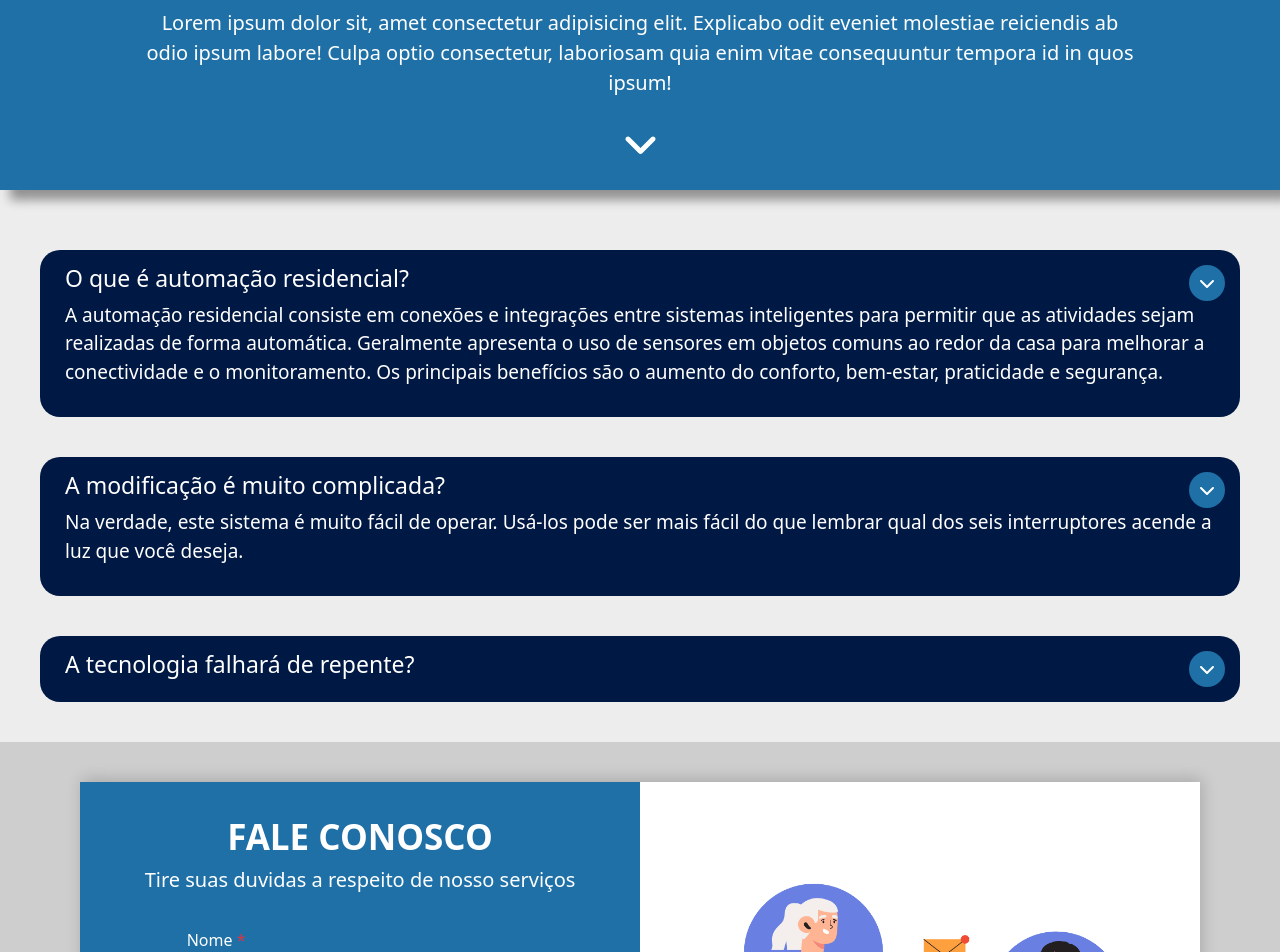
Repository: BulleST/SouHi_Institucional
Page: index.html
The author's editor kept a copy of each file at every save. The page is drawn from the files as they stood at one save, then again after the next save.
The browser window is 1280 px wide. The pictures show the part of the page from y = 1587 to 2539 px (the page is 3425 px tall before and 3528 px after).
A picture or video elsewhere on the page could not be fetched, so the positions and the page height are approximate.

Above is the page before, as saved 2022-11-04 16:05:10.

### index.html
<!DOCTYPE html>
<html lang="pt-br">

<head>
  <meta charset="UTF-8">
  <meta http-equiv="X-UA-Compatible" content="IE=edge">
  <meta name="viewport" content="width=device-width, initial-scale=1.0">
  <title>SouHi - Soluções Automatizadas</title>

  <script src="https://code.jquery.com/jquery-3.6.1.js" integrity="sha256-3zlB5s2uwoUzrXK3BT7AX3FyvojsraNFxCc2vC/7pNI="
    crossorigin="anonymous"></script>



  <!-- Bootstrap -->
  <link href="https://cdn.jsdelivr.net/npm/bootstrap@5.2.2/dist/css/bootstrap.min.css" rel="stylesheet"
    integrity="sha384-Zenh87qX5JnK2Jl0vWa8Ck2rdkQ2Bzep5IDxbcnCeuOxjzrPF/et3URy9Bv1WTRi" crossorigin="anonymous">
  <script src="https://cdn.jsdelivr.net/npm/bootstrap@5.2.2/dist/js/bootstrap.bundle.min.js"
    integrity="sha384-OERcA2EqjJCMA+/3y+gxIOqMEjwtxJY7qPCqsdltbNJuaOe923+mo//f6V8Qbsw3"
    crossorigin="anonymous"></script>
  <!-- Fontawesome -->
  <link rel="stylesheet" href="https://cdnjs.cloudflare.com/ajax/libs/font-awesome/6.2.0/css/all.min.css"
    integrity="sha512-xh6O/CkQoPOWDdYTDqeRdPCVd1SpvCA9XXcUnZS2FmJNp1coAFzvtCN9BmamE+4aHK8yyUHUSCcJHgXloTyT2A=="
    crossorigin="anonymous" referrerpolicy="no-referrer" />
  <script src="https://cdnjs.cloudflare.com/ajax/libs/font-awesome/6.2.0/js/all.min.js"
    integrity="sha512-naukR7I+Nk6gp7p5TMA4ycgfxaZBJ7MO5iC3Fp6ySQyKFHOGfpkSZkYVWV5R7u7cfAicxanwYQ5D1e17EfJcMA=="
    crossorigin="anonymous" referrerpolicy="no-referrer"></script>

  <!-- Slick Carousel -->
  <link rel="stylesheet" type="text/css" href="https://cdn.jsdelivr.net/npm/slick-carousel@1.8.1/slick/slick.css" />
  <script type="text/javascript" src="https://cdn.jsdelivr.net/npm/slick-carousel@1.8.1/slick/slick.min.js"></script>

  <!-- AOS -->
  <link rel="stylesheet" href="https://unpkg.com/aos@next/dist/aos.css">
  <script src="https://unpkg.com/aos@next/dist/aos.js"></script>

<!-- Jquery Ui -->
<link type="text/css" href="./jquery-ui-1.13.2.custom/jquery-ui.css">
<link type="text/css" href="./jquery-ui-1.13.2.custom/jquery-ui.structure.css">
<link type="text/css" href="./jquery-ui-1.13.2.custom/jquery-ui.theme.css">
<script src="./jquery-ui-1.13.2.custom/jquery-ui.js" text="text/javascript"></script>

  <link rel="stylesheet" type="text/css" href="./style.css">
  <script src="script.js" defer ></script>

</head>

<body class="bg">

  <header>
    <div class="header-container bg-on" id="header">
      <div class="header-position">
        <div class="flex-item-image">
          <img src="img/logo_claro.png" alt="Logo Souhi">
        </div>
        <div class="flex-item-rotas">
          <nav class="rotas">
            <ul>
              <li> <a class="header__navigation-link" href="#home">Home</a></li>
              <li><a class="header__navigation-link" href="#quem-somos">Quem somos</a></li>
              <li><a class="header__navigation-link" href="#produtos">Ofertas</a></li>
              <li><a class="header__navigation-link" href="#duvidas">FAQ</a></li>
              <li><a class="header__navigation-link" href="#contatos">Contatos</a></li>
            </ul>
          </nav>
        </div>
        <div class="flex-item-contato">
          <a href="" class="btn-fale-conosco">Fale conosco!</a>
        </div>
      </div>
    </div>
  </header>


  <section>
    <section class="carrossel" id="inicio">
      <button class="btn-scroll-down">
        <i class="fas fa-chevron-down"></i>
      </button>
      <div class="slider">
        <div class=" first-item">
          <div class="slider__item-inner slider__item d-flex first-item-inner">
            <div class="slider__item-content first-content">
              <h3>Lorem Ipsum</h3>
              <hr>
              <p>Lorem ipsum dolor, sit amet consectetur adipisicing elit. Beatae fugiat voluptas consequatur voluptate
                perspiciatis aspernatur voluptates dolores inventore vero incidunt officia, modi dolorum. </p>
              <p class="my-2">Conheça nossos produtos!</p>
              <button class="btn btn-confira">Confira</button>
            </div>
            <div class="slider__item-image first-image">
              <img src="./img/house.png" alt="">
            </div>
          </div>
        </div>
        <div class="  second-item">

          <div class=" d-flex slider__item  second-item-inner">

            <div class="second-contain">
              <div class=" second-image">

                <img src="img/ic_launcher.png" alt="">
                <img src="./img/phone.png" alt="">

              </div>
              <div class=" second-content">
                <h3>Lorem Ipsum</h3>

                <p>Lorem ipsum dolor, sit amet consectetur adipisicing elit. </p>
                <a href="" class="btn-fale-conosco">Fale conosco!</a>

              </div>

            </div>

          </div>
        </div>
        <div class="  third-item">
          <div class=" d-flex slider__item  third-item-inner">
            <div class="third-contain">
              <div class=" third-image">
                <img src="img/smart-house-8.png" alt="">
              </div>
              <div class=" third-content">
                <h3>Lorem Ipsum Ipsum</h3>
                <p>Lorem ipsum dolor, sit amet consectetur adipisicing elit. Lorem ipsum dolor, sit amet consectetur
                  adipisicing elit. orem ipsum dolor, sit amet consectetur adipisicing elit. </p>
                <a href="" class="btn-fale-conosco mt-2">Fale conosco!</a>
              </div>
            </div>
          </div>
        </div>
      </div>
      </div>
    </section>


      <div class="container wrapper">
        <section class="quem-somos" id="quem-somos">
          <img src="img/teste.jpg" alt="" class="imagem" data-aos="fade-right">
          <div class="quem-somos-texto" data-aos="fade-left">

            <h1>Quem somos</h1>
            <p>Lorem ipsum, dolor sit amet consectetur adipisicing elit. Iure, obcaecati alias magni reiciendis non ipsa
              asperiores deserunt quibusdam quasi ut odit, quaerat ex eum fugit pariatur rerum eius vitae maiores?</p>

            <button class="btn">Saiba mais <span> <i class="fa-solid fa-angles-right"></i></span></button>
          </div>
        </section>
        <div class="beneficios-bg">
        <div class="beneficios">
          <div class="card card-1" data-aos="fade-up">
            <div class="card-texto">
              <span> <i class="fa-solid fa-dollar-sign icone-card"></i></span>
              <h1>Economia</h1>
              <p>Lorem, ipsum dolor sit amet consectetur adipisicing elit. Saepe placeat repellat magni est praesentium
                quaerat aspernatur incidunt sint, quisquam voluptates aut fugiat vel dolorum maxime alias autem, sunt
                quae amet!</p>
            </div>
          </div>
          <div class="card card-2" data-aos="fade-up">
            <div class="card-texto">
              <span> <i class="fa-solid fa-shield icone-card"></i></span>
              <h1>Segurança</h1>
              <p>Lorem, ipsum dolor sit amet consectetur adipisicing elit. Saepe placeat repellat magni est praesentium
                quaerat aspernatur incidunt sint, quisquam voluptates aut fugiat vel dolorum maxime alias autem, sunt
                quae amet!</p>
            </div>
          </div>
          <div class="card card-3" data-aos="fade-up">
            <div class="card-texto">
              <span> <i class="fa-solid fa-check icone-card"></i></span>
              <h1>Conveniência</h1>
              <p>Lorem, ipsum dolor sit amet consectetur adipisicing elit. Saepe placeat repellat magni est praesentium
                quaerat aspernatur incidunt sint, quisquam voluptates aut fugiat vel dolorum maxime alias autem, sunt
                quae amet!</p>
            </div>
          </div>
          <div class="card card-4" data-aos="fade-up">
            <div class="card-texto">
              <span> <i class="fa-solid fa-couch icone-card"></i></span>
              <h1>Conforto</h1>
              <p>Lorem, ipsum dolor sit amet consectetur adipisicing elit. Saepe placeat repellat magni est praesentium
                quaerat aspernatur incidunt sint, quisquam voluptates aut fugiat vel dolorum maxime alias autem, sunt
                quae amet!</p>
            </div>
          </div>
        </div>
      </div>
      </div>


      <div class="produtos-fechado" id="produtos">
        <div class="produtos-texto">
          <h1>O que você quer automatizar?</h1>
          <p>Lorem ipsum dolor sit, amet consectetur adipisicing elit. Explicabo odit eveniet molestiae reiciendis ab
            odio ipsum labore! Culpa optio consectetur, laboriosam quia enim vitae consequuntur tempora id in quos
            ipsum!</p>

          <span><i class=" fa-solid fa-angle-down down " id="show-or-hide"></i></span>
        </div>

      </div>
      <div class="produtos-aberto">
        <div class=" sessao  mySwiper container">
          <div class="swiper-wrapper content">

            <div class="swiper-slide card">
              <div class="card-content">

                <div class="image">
                  <img src="https://source.unsplash.com/random/250x250" alt="" class="eseu">

                </div>
              </div>
            </div>

            <div class="swiper-slide card">
              <div class="card-content">

                <div class="image">
                  <img src="https://source.unsplash.com/random/250x250" alt="" class="eseu">
                </div>
              </div>
            </div>

            <div class="swiper-slide card">

              <div class="card-content">

                <div class="image">
                  <img src="https://source.unsplash.com/random/250x250" alt="" class="eseu">
                </div>
              </div>
            </div>

            <div class="swiper-slide card">
              <div class="card-content">


                <div class="image">

                  <img src="https://source.unsplash.com/random/250x250" alt="" class="eseu">
                </div>
              </div>
            </div>
          </div>
        </div>
        <div class="swiper-button-next"></div>
        <div class="swiper-button-prev"></div>
        <div class="swiper-paggination"></div>
      </div>






    <div class="duvidas-container">
      <div class="wrapper">

        <div id="panels" data-aos="fade-up">
          <div>
          <li  data-aos="fade-up">
            <div class="pergunta">
              <h3 class="testedoflex">O que é automação residencial?</h3>
              <i class="icone-pergunta testedoflex fas fa-chevron-down"> </i>
            </div>
            <p>A automação residencial consiste em conexões e integrações entre sistemas inteligentes para permitir que as
              atividades sejam realizadas de forma automática. Geralmente apresenta o uso de sensores em objetos comuns ao
              redor da casa para melhorar a conectividade e o monitoramento. Os principais benefícios são o aumento do
              conforto, bem-estar, praticidade e segurança.</p>
          </li>
        </div>
          <li data-aos="fade-up">
            <div class="pergunta">
              <h3>A tecnologia se tornará obsoleta em breve?</h3>
              <i class="icone-pergunta fas fa-chevron-down "> </i>
            </div>
            <p> Essa é uma boa pergunta, afinal no mundo da tecnologia há sempre o medo de que novos produtos cheguem a
              qualquer momento e tornem os seus - não tão velhos assim - completamente obsoletos.
              Felizmente, a automação residencial não é o mesmo que substituir seu telefone - você não precisa "comprar um
              novo sistema" a cada dois anos.</p>
          </li>
          <li data-aos="fade-up">
            <div class="pergunta">
              <h3>A modificação é muito complicada? </h3>
              <i class="icone-pergunta fas fa-chevron-down"> </i>
            </div>
            <p>Na verdade, este sistema é muito fácil de operar. Usá-los pode ser mais fácil do que lembrar qual dos seis
              interruptores acende a luz que você deseja.</p>
          </li>
          <li data-aos="fade-up">
            <div class="pergunta">
              <h3>A tecnologia falhará de repente? </h3>
              <i class="icone-pergunta fas fa-chevron-down"> </i>
            </div>
            <p>Não vai. Alguns dispositivos inteligentes que são fáceis de encontrar no mercado a baixo custo podem não ser
              muito confiáveis, mas os sistemas de automação profissional são tecnologias maduras e poderosas.</p>
          </li>
        </div>
      </div>
    </div>
    </div>
    <section class="container-fale-conosco">
      <div class="wrapper">
        <div class="fale-conosco">
          <div class="form">

            <div class="titulo-fale-conosco mt-4">
              <!-- <img src="img/Design sem nome (1).png" alt=""> -->
              <h1>Fale conosco</h1>
              <h3>Tire suas duvidas a respeito de nosso serviços</h3>
            </div>
            <form>

              <div action="" class="form-group mt-2 col-8">
                <label for="" class="form-label">Nome<span class="text-danger"> *</span></label>
                <input type="text" class="form-control" required>
              </div>
              <div action="" class="form-group mt-2 col-8">
                <label for="" class="form-label">E-mail<span class="text-danger"> *</span></label>
                <input type="text" class="form-control" required>
              </div>

              <div action="" class="form-group mt-2 col-8">
                <label for="" class="form-label">Telefone</label>
                <input type="text" class="form-control">

                <div action="" class="form-group mt-2 col-12 ">
                  <label for="" class="form-label">Deixe sua dúvida</label>
                  <textarea class="form-control" cols="80" rows="4"></textarea>
                </div>
              </div>
              <div class="form-group d-flex justify-content-end ">
                <button type="submit" class=" botao-fale-conosco">Enviar</button>
              </div>
          </div>
          </form>


          <div class="bg-img">
            <img src="img/Design sem nome (2).png" alt="">
          </div>
        </div>

    </section>



    </div>
    </div>

    </div>


    <div class="link-top link-on"><a href="#inicio">


        <i class="fa-solid fa-angle-up"></i></a></div>
  </section>

  <section class="footer">

    </div>
    <div class="footer-position">
      <div class="finalizacao">
        <img src="img/pexels-liza-summer-6347719.jpg" alt="" class="footer-img">
        <div class="texto">
          <h1>Aut</h1>
          <h2>Automação residencial</h2>
          <p>Lorem ipsum dolor sit amet consectetur adipisicing elit. Debitis iure nemo, aliquam, quibusdam reiciendis
            ducimus eum provident in id repellendus excepturi cum. Tempora dolorum, consequatur laudantium possimus hic
            modi ratione.</p>
        </div>
      </div>
      <div class="contato">
        <div class="contato-texto">
          <h2>Fale conosco</h2>

          <ul>
            <li><i class="fa-solid fa-location-dot"></i> Av. Paulista São Paulo </li>
            <li><i class='fa fa-whatsapp'></i> xxxxx-xxxxx</li>
            <li><i class="fa-solid fa-phone"></i> (xx) xxxxxx</li>
          </ul>
        </div>
      </div>

    </div>

  </section>

</body>


<script>




</script>

</html>

Loaded but not shown: jquery-ui-1.13.2.custom/jquery-ui.js (library); script.js (87 lines, source omitted); style.css (1449 lines, source omitted)

After the next save:
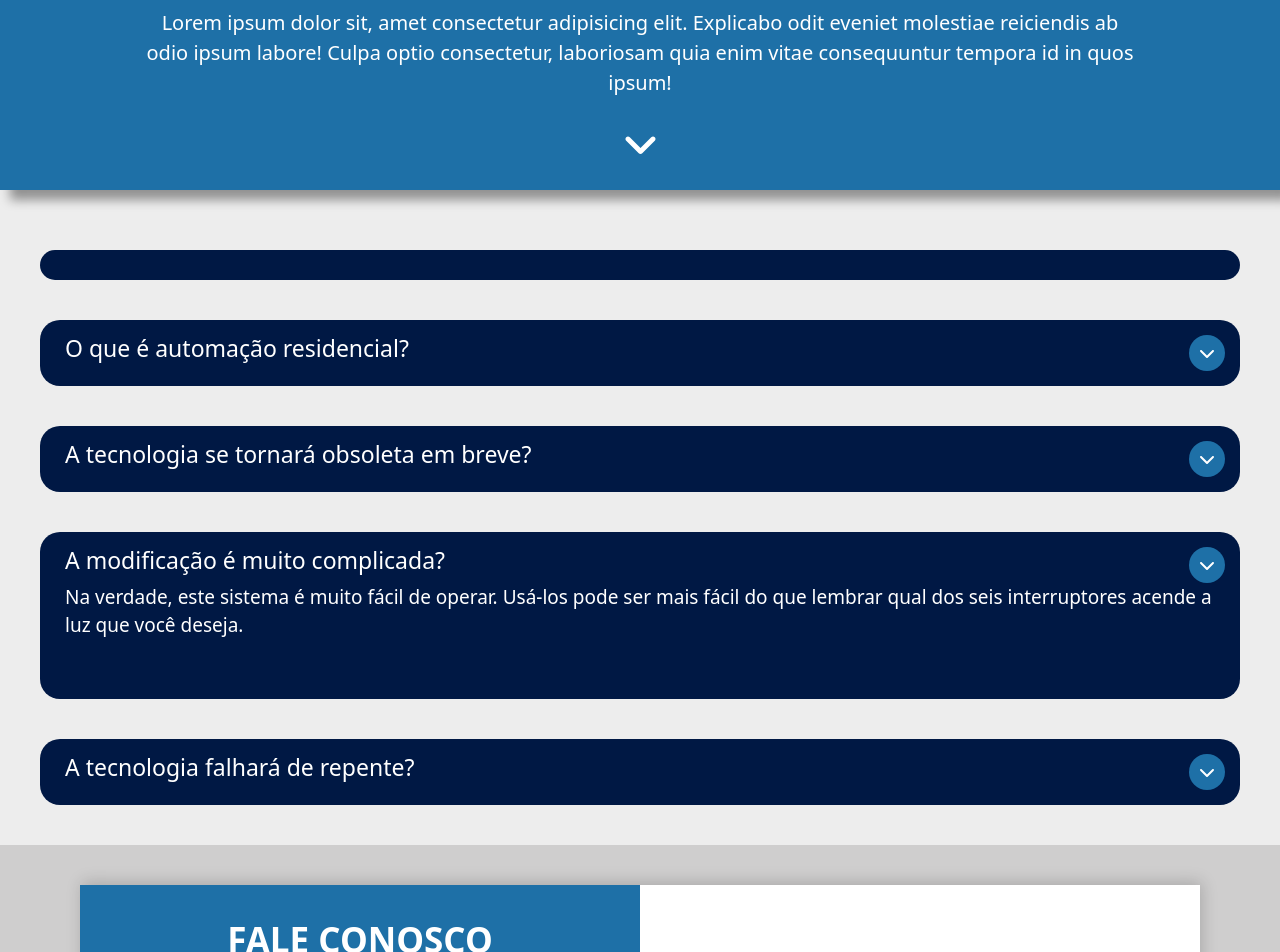
Saved 28 s later.
--- a/index.html
+++ b/index.html
@@ -261,8 +261,8 @@
       <div class="wrapper">
 
         <div id="panels" data-aos="fade-up">
-          <div>
           <li  data-aos="fade-up">
+          <li >
             <div class="pergunta">
               <h3 class="testedoflex">O que é automação residencial?</h3>
               <i class="icone-pergunta testedoflex fas fa-chevron-down"> </i>
@@ -272,7 +272,7 @@
               redor da casa para melhorar a conectividade e o monitoramento. Os principais benefícios são o aumento do
               conforto, bem-estar, praticidade e segurança.</p>
           </li>
-        </div>
+        </li>
           <li data-aos="fade-up">
             <div class="pergunta">
               <h3>A tecnologia se tornará obsoleta em breve?</h3>
